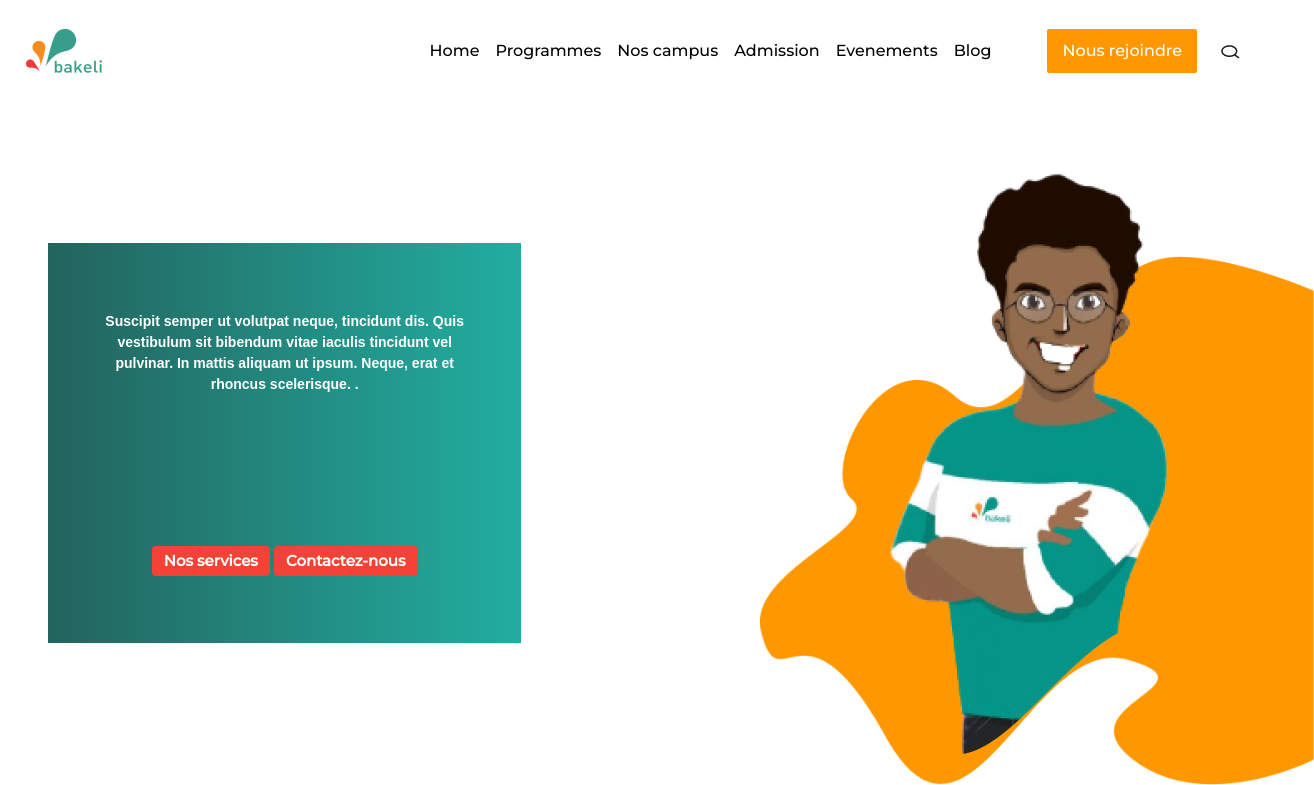
Repository: wadelfadill/tache_6_validation_prototype_bootstrap
Page: index.html
These files come from the project's save history. The page is drawn as it stood at one moment and after the next save; the edit follows.
The browser window is 1280 px wide. The page is 1314 px wide, then 1280 px, so the pictures cover 1314 px, including what lies to the right of the window. The pictures show the whole page.
Some web libraries are served in a nearby version.

Above is the page before, as saved 2023-04-24 12:36:53.

### index.html
<!DOCTYPE html>
<html lang="en">
<head>
    <meta charset="UTF-8">
    <meta http-equiv="X-UA-Compatible" content="IE=edge">
    <meta name="viewport" content="width=device-width, initial-scale=1.0">
    <!--------titre du site--------->
    <title>Document</title>

    <!-------link vers le site de bootstrap-->
    <link href="https://cdn.jsdelivr.net/npm/bootstrap@5.1.3/dist/css/bootstrap.min.css" rel="stylesheet" integrity="sha384-1BmE4kWBq78iYhFldvKuhfTAU6auU8tT94WrHftjDbrCEXSU1oBoqyl2QvZ6jIW3" crossorigin="anonymous">

    <!--------link vers le fichier css---------->
    <link rel="stylesheet" href="style.css">

    <!---------Google Fonts links------------>
    <link rel="preconnect" href="https://fonts.googleapis.com">
    <link rel="preconnect" href="https://fonts.gstatic.com" crossorigin>
    <link href="https://fonts.googleapis.com/css2?family=Manrope&family=Montserrat:wght@500&family=Poppins:wght@200&family=Roboto&display=swap" rel="stylesheet">
    <!------------ Google Font Awesome ----------->
    <script src="https://kit.fontawesome.com/8f130c8a35.js" crossorigin="anonymous"></script>
</head>
<body>

    <!-- ========== Start Header Section ========== -->
    <header id="header">
        <nav class="navbar navbar-expand-lg">
            <div class="container-fluid p-3">
              <a class="navbar-brand" href="#"><img src="image/logo.png" alt=""></a>
              <button class="navbar-toggler" type="button" data-bs-toggle="collapse" data-bs-target="#navbarNav" aria-controls="navbarNav" aria-expanded="false" aria-label="Toggle navigation">
                <i class="fa-solid fa-bars" style="color: #000000;"></i>
              </button>
              <div class="collapse navbar-collapse mt-4 mt-lg-0" id="navbarNav">
                <ul class="navbar-nav ms-auto">
                  <li class="nav-item">
                    <a class="nav-link active" aria-current="page" href="#">Home</a>
                  </li>
                  <li class="nav-item">
                    <a class="nav-link" href="#">Programmes</a>
                  </li>
                  <li class="nav-item">
                    <a class="nav-link" href="#">Nos campus</a>
                  </li>
                  <li class="nav-item">
                    <a class="nav-link" href="#">Admission</a>
                  </li>
                  <li class="nav-item">
                    <a class="nav-link" href="#">Evenements</a>
                  </li>
                  <li class="nav-item">
                    <a class="nav-link" href="">Blog</a>
                  </li>
                </ul>
                <button class="btn btn-primary ms-lg-5 mt-3 mt-lg-0">Nous rejoindre</button>
                <a href="#" class="me-lg-4 ms-lg-4 ms-1 d-block d-lg-inline mt-3 mt-lg-0"><img src="image/Groupsearch.png" alt=""></a>
              </div>
            </div>
          </nav>
    </header>
    <!-- ========== End Header Section ========== -->
    <!---------------------------------------------------->
    <!-- ========== Start Main Section ========== -->
    <main id="main">
        <!-- ========== Start Home Section ========== -->
        <section id="home">
            <div class="container-fluid">
                <div class="row align-items-center">
                    <div class="col-md-5 ps-md-5">
                        <div class="container space-vert justify-content-between text-center d-flex justify-content-around flex-column">
                            <p>Suscipit semper ut volutpat neque, tincidunt dis.
                                Quis <br> vestibulum sit bibendum vitae iaculis tincidunt
                                 vel <br> pulvinar. In mattis aliquam ut ipsum.
                                 Neque, erat et <br> rhoncus scelerisque. .
                            </p>
                            <div class="d-grid gap-2 d-md-block d-block">
                                <button class="btn btn-primary" type="button">Nos services</button>
                                <button class="btn btn-primary" type="button">Contactez-nous</button>
                            </div>
                        </div>
                    </div>
                    <div class="col-md-5 offset-2">
                        <div class="img">
                            <img src="image/Group 27.png" class="img-fluid w-100 h-100 profile"alt="">
                        </div>
                    </div>
                </div>
            </div>
        </section>
        <!-- ========== End Home Section ========== -->

        <!-- ========== Start Formation Section ========== -->
        <section id="formations">

        </section>
        <!-- ========== End Formation Section ========== -->

        <!-- ========== Start Cours Section ========== -->
        <section id="cours">

        </section>
        <!-- ========== End Cours Section ========== -->

        <!-- ========== Start diplomes Section ========== -->
        <section id="diplomes">

        </section>
        <!-- ========== End diplomes Section ========== -->

        <!-- ========== Start coach Section ========== -->
        <section id="coach">

        </section>
        <!-- ========== End coach Section ========== -->

        <!-- ========== Start activites Section ========== -->
        <section id="activites">

        </section>
        <!-- ========== End activites Section ========== -->

        <!-- ========== Start partenaires Section ========== -->
        <section id="partenaires">

        </section>
        <!-- ========== End partenaires Section ========== -->

    </main>
    <!-- ========== End Main Section ========== -->
    <!----------------------------------------------------->
    <!-- ========== Start Footer Section ========== -->
    <footer id="footer">

    </footer>
    <!-- ========== End Footer Section ========== -->
    <!------------------------------------------------------->
    <!----------- bootstrap script ------------->
    <script src="https://cdn.jsdelivr.net/npm/bootstrap@5.1.3/dist/js/bootstrap.bundle.min.js" integrity="sha384-ka7Sk0Gln4gmtz2MlQnikT1wXgYsOg+OMhuP+IlRH9sENBO0LRn5q+8nbTov4+1p" crossorigin="anonymous"></script>
</body>
</html>

### style.css
/* ===== variables css ======= */
:root{
    --bg-white:#FFFFFF;
    --bg-orange:#FF9800;
    --bg-green:#009688;
    --bg-linear-green: linear-gradient(90deg, rgba(13, 66, 61, 0.9) -22.84%, rgba(12, 199, 181, 0.9) 138.88%),linear-gradient(0deg, #E6E6E6, #E6E6E6);
    --bg-second-orange:#F44336;
    --bg-gray:rgba(238, 249, 248, 0.9);

}

/*======== General ============*/
*{
    padding: 0;
    margin: 0;
}
body{
    padding: 0;
    margin: 0;
    background: var(--bg-white);
}

/*============= navbar ================*/
nav{
    font-family: 'Montserrat';
    font-weight: 400;
    color: black;
    background: var(--bg-white);
    padding-left: 10px;
}
nav .navbar-brand img{
    width: 76px;
    height: 43.78px;
}
nav a.nav-link{
    color: black;
    padding-left: 10px;
    padding-right: 10px;
}
nav a.nav-link:hover, nav a.nav-link:focus{
    color: black;
}
nav .btn-primary, nav .btn-primary:hover, nav .btn-primary:focus{
    background: var(--bg-orange);
    color: var(--bg-white);
    border: none;
    box-shadow: none;
}
nav #navbarNav button{
    padding: 10px;
    padding-left: 15px;
    padding-right: 15px;
    border-radius: 2px;
}
nav button i{
    font-size: 40px;
}
nav .navbar-toggler:focus{
    box-shadow: none;
    border: none;
}

/* =========== home section =========== */
.space-vert{
    width: 100%;
    height: 400px;
    background: var(--bg-linear-green);
}
.space-vert p{
    font-family: 'arial';
    font-weight: 700;
    font-size: 14px;
    line-height: 21px;
    color: var(--bg-white);
}
.space-vert .btn-primary, .space-vert .btn-primary:hover, .space-vert .btn-primary:focus{
    font-family: 'Montserrat';
    background: var(--bg-second-orange);
    color: var(--bg-white);
    border: none;
    box-shadow: none;
    font-weight: 700;
    font-size: 15px;
    line-height: 18px;
}
.profile{
    background-image: url("image/Vectors.png");
    background-repeat: no-repeat;
    background-position: bottom;
    background-size: contain;
}
.img{
    width: 554.95px;
    height: 682.83px;
}

After the next save:
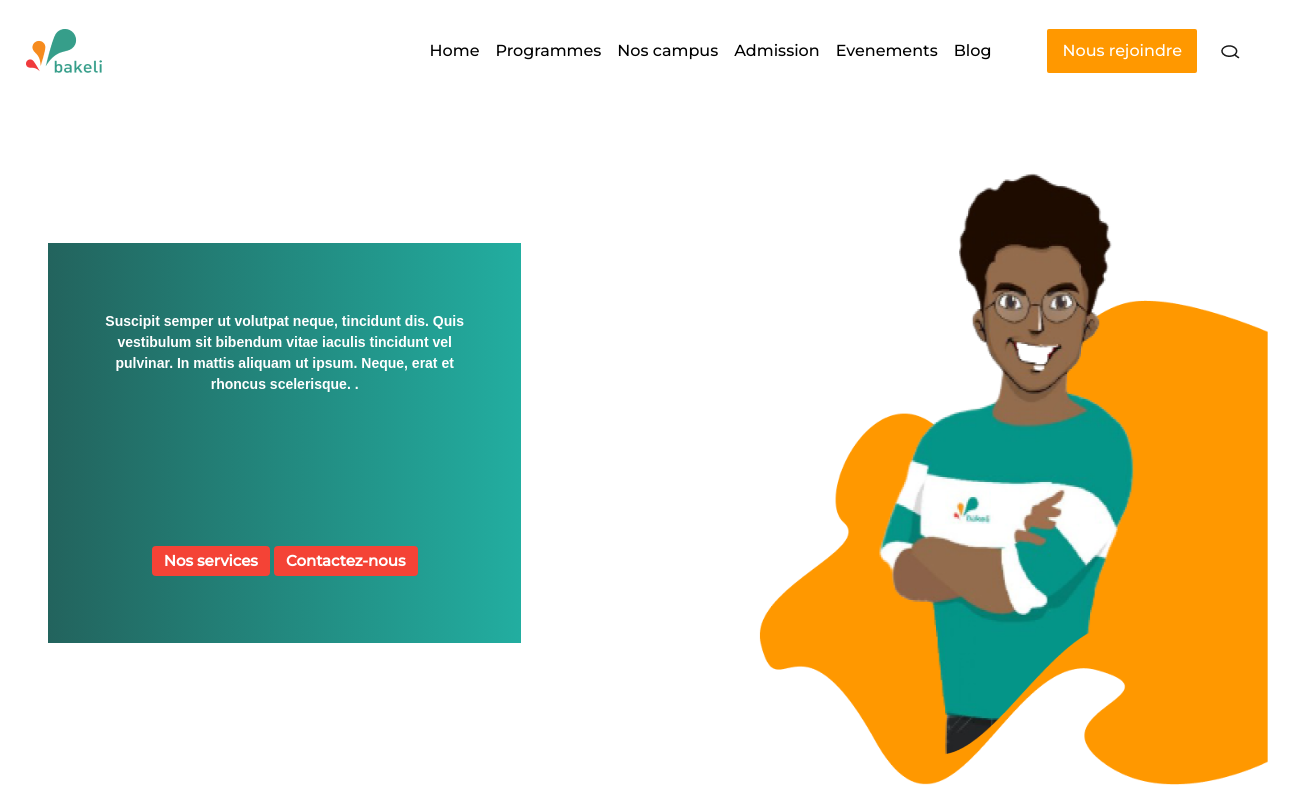
Saved 46 s later.
--- a/style.css
+++ b/style.css
@@ -90,6 +90,6 @@
     background-size: contain;
 }
 .img{
-    width: 554.95px;
+    width: 100%;
     height: 682.83px;
 }
